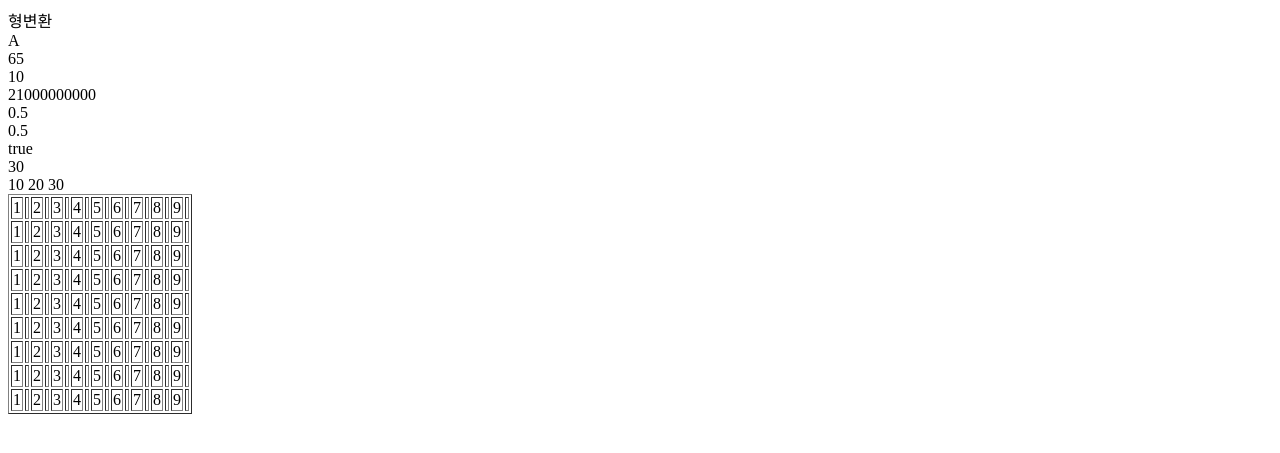
Repository: jeong3/Real_Time_Date
Page: http://localhost/jspGrammar1/Grammar1.jsp
These files come from the project's save history. The page is drawn as it stood at one moment and after the next save; the edit follows.
The browser window is 1280 px wide. The pictures show the whole page.
The page is served by Tomcat 9.

Above is the page before, as saved 2024-08-30 05:17:06.

After the next save:
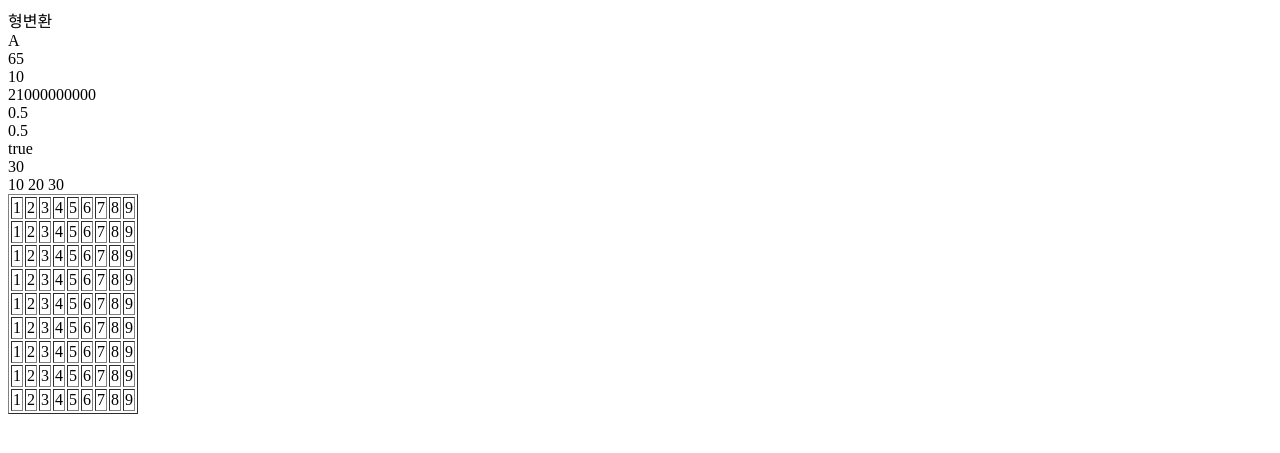
Saved 91 s later.
--- a/eclipse/eclipse-workspace/jspGrammar1/src/main/webapp/Grammar1.jsp
+++ b/eclipse/eclipse-workspace/jspGrammar1/src/main/webapp/Grammar1.jsp
@@ -46,7 +46,7 @@
 		out.print("<tr>");
 		int td = 1;
 		while(td <= 9){
-			out.print("<td>"+td+"<td>");
+			out.print("<td>"+td+"</td>");
 			td++;
 		}
 		out.print("</tr>");
